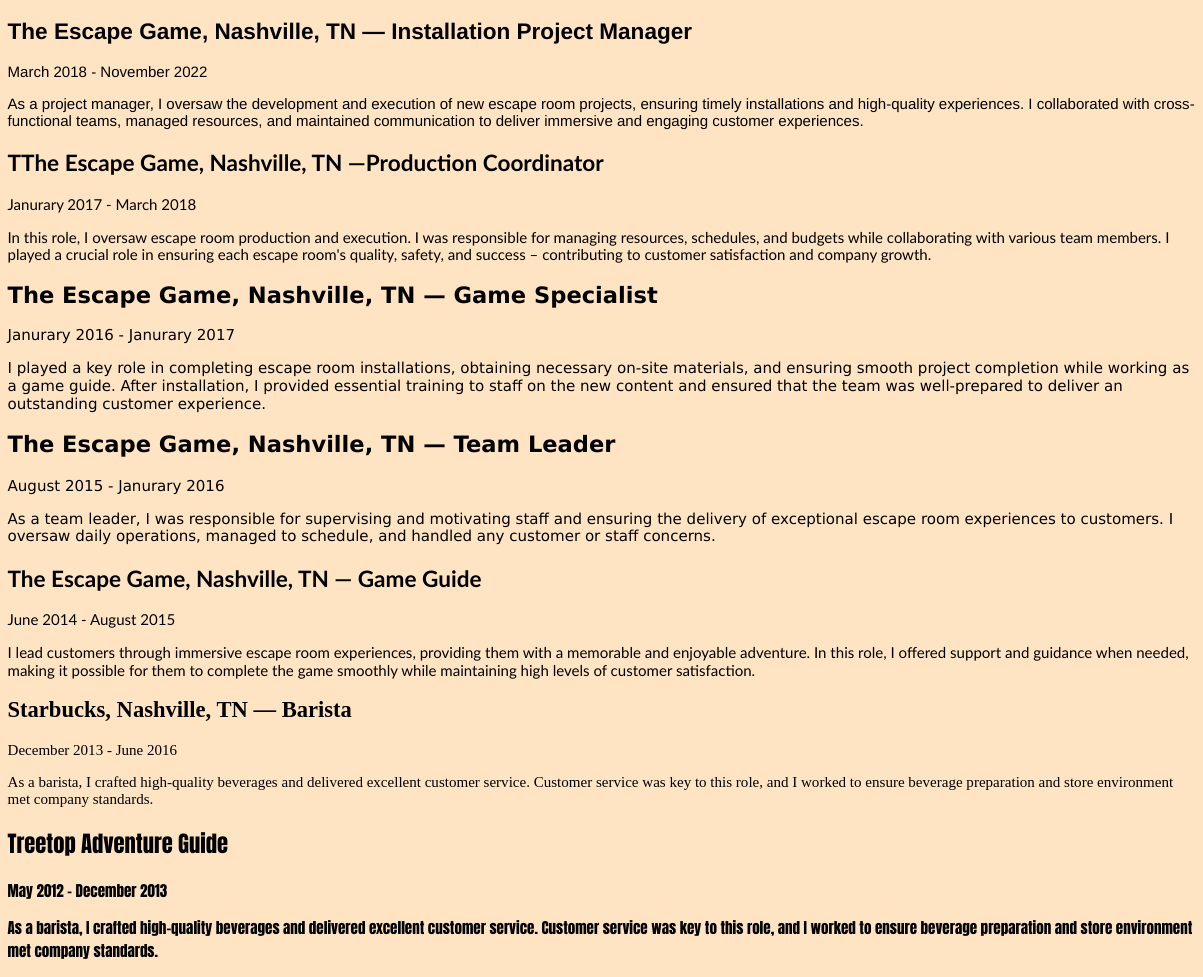
Repository: jgramirez0210/LAB-HTML-Resume
Page: index.html
The author's editor kept a copy of each file at every save. The page is drawn from the files as they stood at one save, then again after the next save.
The browser window is 1280 px wide. The pictures show the whole page, at 94% of full size.

Above is the page before, as saved 2023-10-10 15:29:38.

### index.html
<!DOCTYPE html>
<html lang="en">
<head>
  <meta charset="UTF-8">
  <meta name="viewport" content="width=device-width, initial-scale=1.0">
  <title>Jesse's Work Experience</title>
  <link rel="stylesheet" href="main.css">
</head>
<body>
  <article id="job7">
    <h2>The Escape Game, Nashville, TN — Installation Project Manager </h2>
    <time datetime="2018-03" >March 2018</time> - <time datetime="2022-10" >November 2022</time></time>
    <p>As a project manager, I oversaw the development and execution of new escape room projects, ensuring timely installations and high-quality experiences. I collaborated with cross-functional teams, managed resources, and maintained communication to deliver immersive and engaging customer experiences.</p>
  </article>
  <article id="job6">
    <h2>TThe Escape Game, Nashville, TN —Production Coordinator</h2>
    <time datetime="2017-01" >Janurary 2017</time> - <time datetime="2018-3" >March 2018</time></time>
    <p>In this role, I oversaw escape room production and execution. I was responsible for managing resources, schedules, and budgets while collaborating with various team members. I played a crucial role in ensuring each escape room's quality, safety, and success – contributing to customer satisfaction and company growth.
    </p>
  </article>
  <article id="job5">
    <h2>The Escape Game, Nashville, TN — Game Specialist</h2>
    <time datetime="2016-01" >Janurary 2016</time> - <time datetime="2017-01" >Janurary 2017</time></time>
    <p>I played a key role in completing escape room installations, obtaining necessary on-site materials, and ensuring smooth project completion while working as a game guide. After installation, I provided essential training to staff on the new content and ensured that the team was well-prepared to deliver an outstanding customer experience.
    </p>
  </article>
  <article id="job4">
    <h2>The Escape Game, Nashville, TN — Team Leader</h2>
    <time datetime="2015-0" >August 2015</time> - <time datetime="2016-01" >Janurary 2016</time></time>
    <p>As a team leader, I was responsible for supervising and motivating staff and ensuring the delivery of exceptional escape room experiences to customers. I oversaw daily operations, managed to schedule, and handled any customer or staff concerns.
    </p>
  </article>
  <article id="job3">
    <h2>The Escape Game, Nashville, TN — Game Guide</h2>
    <time datetime="2014-06" >June 2014</time> - <time datetime="2015-08" >August 2015</time></time>
    <p>I lead customers through immersive escape room experiences, providing them with a memorable and enjoyable adventure. In this role, I offered support and guidance when needed, making it possible for them to complete the game smoothly while maintaining high levels of customer satisfaction.
    </p>
  </article>
  <article id="job2">
    <h2>Starbucks, Nashville, TN — Barista</h2>
    <time datetime="2013-12" >December 2013</time> - <time datetime="2014-06" >June 2016</time></time>
    <p>As a barista, I crafted high-quality beverages and delivered excellent customer service. Customer service was key to this role, and I worked to ensure beverage preparation and store environment met company standards.
    </p>
  </article>
  <article id="job1">
    <h2>Treetop Adventure Guide</h2>
    <time datetime="2012-05" >May 2012</time> - <time datetime="2013-12" >December 2013</time></time>
    <p>As a barista, I crafted high-quality beverages and delivered excellent customer service. Customer service was key to this role, and I worked to ensure beverage preparation and store environment met company standards.
    </p>
  </article>
  <script src="main.js"></script>
</body>
</html>

### main.css
#job7 {
  font-family:'Franklin Gothic Medium', 'Arial Narrow', Arial, sans-serif;
}
#job6 {
  font-family:'Gill Sans', 'Gill Sans MT', Calibri, 'Trebuchet MS', sans-serif;
}
#job5 {
  font-family:'Lucida Sans', 'Lucida Sans Regular', 'Lucida Grande', 'Lucida Sans Unicode', Geneva, Verdana, sans-serif;
}
#job4 {
  font-family:Verdana, Geneva, Tahoma, sans-serif;
}
#job3 {
  font-family:'Trebuchet MS', 'Lucida Sans Unicode', 'Lucida Grande', 'Lucida Sans', Arial, sans-serif;
}
#job2 {
  font-family:'Times New Roman', Times, serif;
}
#job1 {
  font-family:Impact, Haettenschweiler, 'Arial Narrow Bold', sans-serif
}
h2 {
  color: ##36454f;
}
body {
background-color: bisque;
}

Loaded but not shown: main.js (no stored copy; drawn as an empty file)

After the next save:
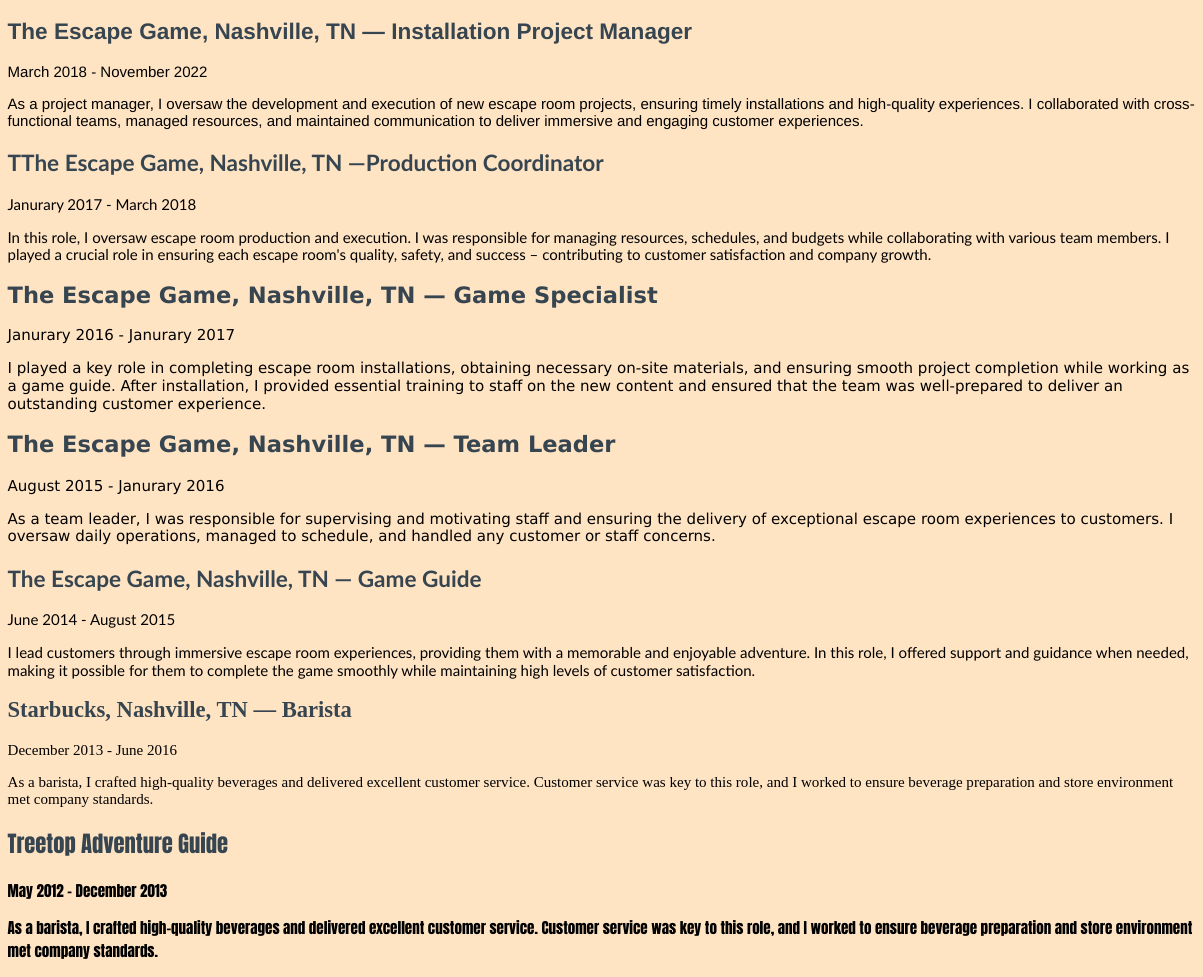
Saved 9 s later.
--- a/main.css
+++ b/main.css
@@ -20,7 +20,7 @@
   font-family:Impact, Haettenschweiler, 'Arial Narrow Bold', sans-serif
 }
 h2 {
-  color: ##36454f;
+  color: #36454f;
 }
 body {
 background-color: bisque;

After the save that followed:
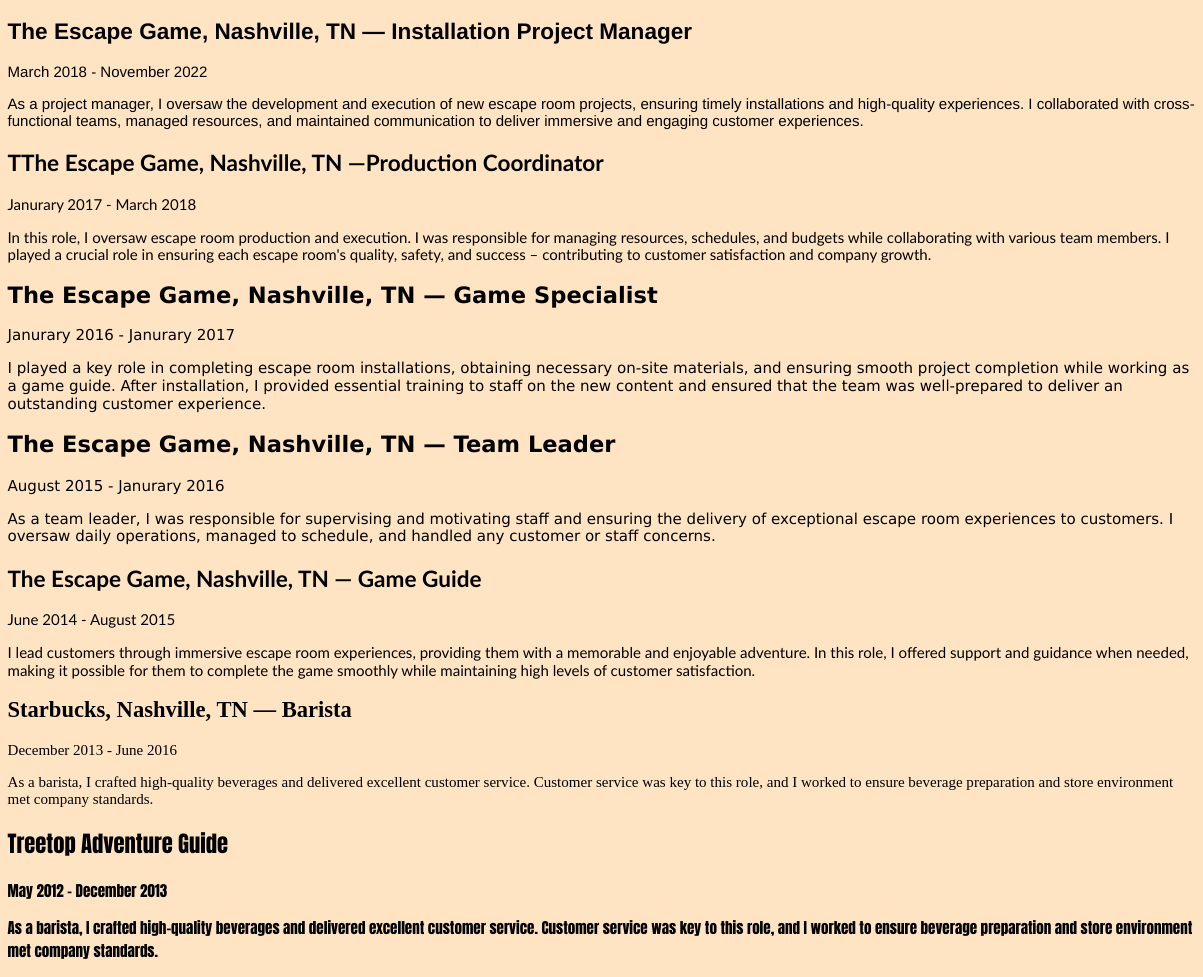
Saved 32 s later.
--- a/main.css
+++ b/main.css
@@ -20,7 +20,7 @@
   font-family:Impact, Haettenschweiler, 'Arial Narrow Bold', sans-serif
 }
 h2 {
-  color: #36454f;
+  color: #71;
 }
 body {
 background-color: bisque;
